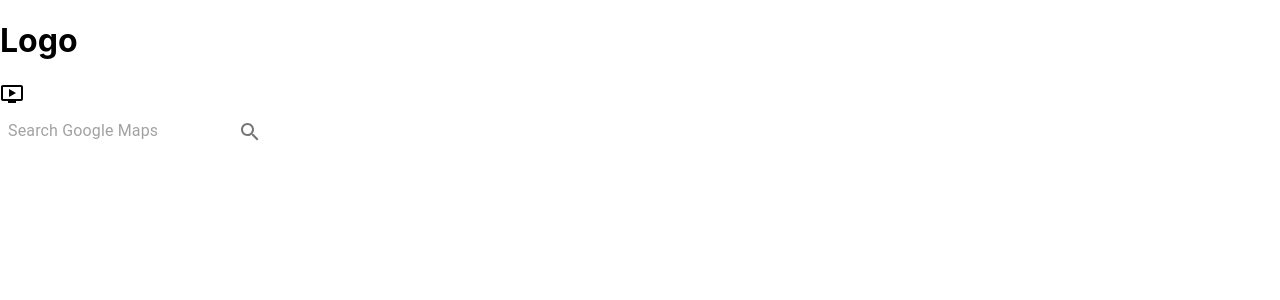
Repository: helmiz02/newproj
Page: /
These files come from the project's save history. The page is drawn as it stood at one moment and after the next save; the edit follows.
The browser window is 1280 px wide. The pictures show the whole page.
The project was rebuilt for these pictures with package versions that can differ from the ones it lists, and the page was loaded fresh each time. Also part of the build but not shown: src/App.css.

Above is the page before, as saved 2022-02-21 10:05:01.

### src/App.js

import './App.css';
import Header from './component/header';

function App() {
  return (
    <div >
     <Header />
    </div>
  );
}

export default App;

### src/component/header/index.js
import OndemandVideoIcon from "@mui/icons-material/OndemandVideo";
import SearchIcon from "@mui/icons-material/Search";
import { IconButton, InputBase, TextField } from "@mui/material";

export default function Header() {
  return (
    <div>
      <div className="displayStyle">
        <h1> Logo </h1>
        <OndemandVideoIcon />
      </div>

      <div className="displayStyle">
      {/* <TextField fullWidth label="Rechercher" id="Rechercher" /> */}
      <InputBase
        sx={{ ml: 1, flex: 1 }}
        placeholder="Search Google Maps"
        inputProps={{ 'aria-label': 'search google maps' }}
      />
      <IconButton type="submit" sx={{ p: '10px' }} aria-label="search">
        <SearchIcon />
      </IconButton>
      </div>
    </div>
  );
}

### src/component/header/style.css
.displayStyle{

    display: flex;
}

Loaded but not shown: public/index.html (common file); src/index.js (common file); src/index.css (common file); src/reportWebVitals.js (common file)

After the next save:
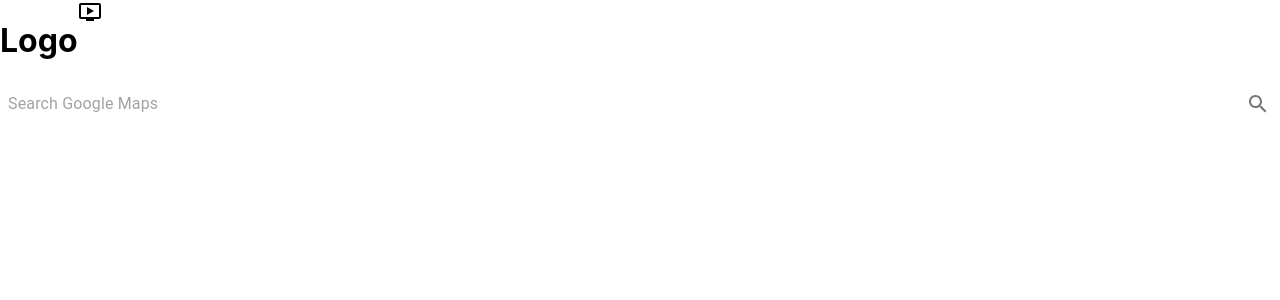
Saved 21 s later.
--- a/src/component/header/index.js
+++ b/src/component/header/index.js
@@ -1,7 +1,7 @@
 import OndemandVideoIcon from "@mui/icons-material/OndemandVideo";
 import SearchIcon from "@mui/icons-material/Search";
 import { IconButton, InputBase, TextField } from "@mui/material";
-
+import "./style.css"
 export default function Header() {
   return (
     <div>
